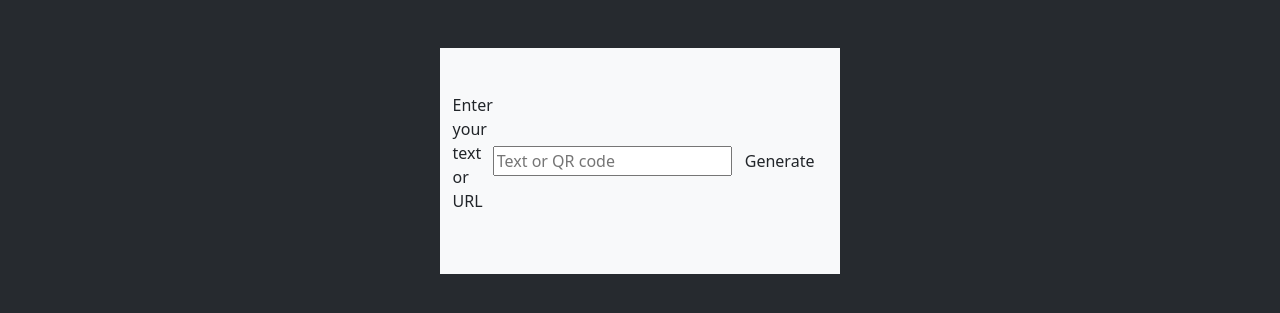
Repository: zeinawady/Qr-Code-Generator-App
Page: index.html
These files come from the project's save history. The page is drawn as it stood at one moment and after a run of saves; the edit follows.
The browser window is 1280 px wide. The pictures show the whole page.

Above is the page before, as saved 2024-10-30 00:27:07.

### index.html
<!DOCTYPE html>
<html lang="en">
<head>
    <meta charset="UTF-8">
    <meta name="viewport" content="width=device-width, initial-scale=1.0">
    <title>Qr code generator</title>
    <link rel="stylesheet" href="css/bootstrap.min.css.map">
    <link rel="stylesheet" href="css/bootstrap.min.css">
    <link rel="stylesheet" href="css/style.css">
</head>
<body>
   <div class="container d-flex justify-content-center align-items-center bg-light mt-5">
<p>Enter your text or URL</p>
<input type="text" placeholder="Text or QR code">
<button class="btn">Generate</button>
   </div>


    <script src="js/bootstrap.bundle.min.js"></script>
    <script src="js/bootstrap.bundle.min.js.map"></script>
<script src="js/script.js"></script>
</body>
</html>

### css/style.css
body{
    background-color:#262a2f ;
}
.container{
    max-width: 400px;
   padding: 45px;
}

Loaded but not shown: css/bootstrap.min.css (library); js/bootstrap.bundle.min.js (library); js/script.js (no copy from this time; the picture is the same without it)

After the next 2 saves:
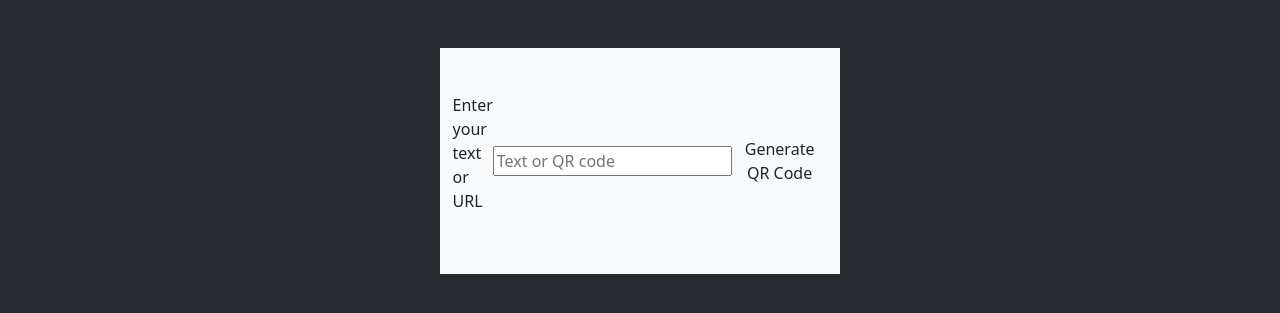
The 2 saves are shown as one change because they came seconds apart.
The last was saved 8 s later.
--- a/index.html
+++ b/index.html
@@ -12,7 +12,7 @@
    <div class="container d-flex justify-content-center align-items-center bg-light mt-5">
 <p>Enter your text or URL</p>
 <input type="text" placeholder="Text or QR code">
-<button class="btn">Generate</button>
+<button class="btn">Generate QR Code</button>
    </div>
 
 
